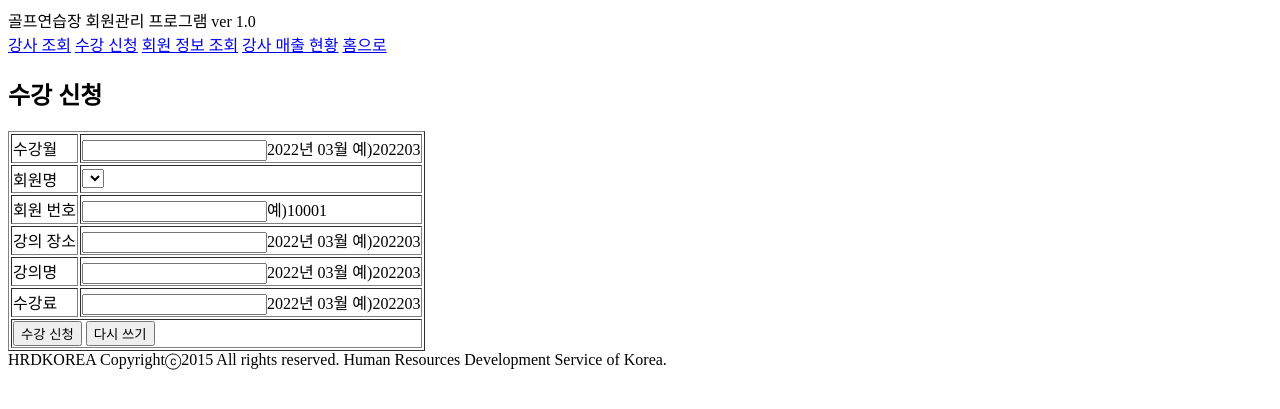
Repository: wwwxsv19/HRDkorea
Page: http://localhost/golf/insert.jsp
An editor plug-in stored every save of this project. The page is shown before and after the next save, followed by the edit.
The browser window is 1280 px wide. The pictures show the whole page.
The page is served by Tomcat 9. Queries for data that is not in the repository find no rows.

Above is the page before, as saved 2024-06-25 08:14:20.

After the next save:
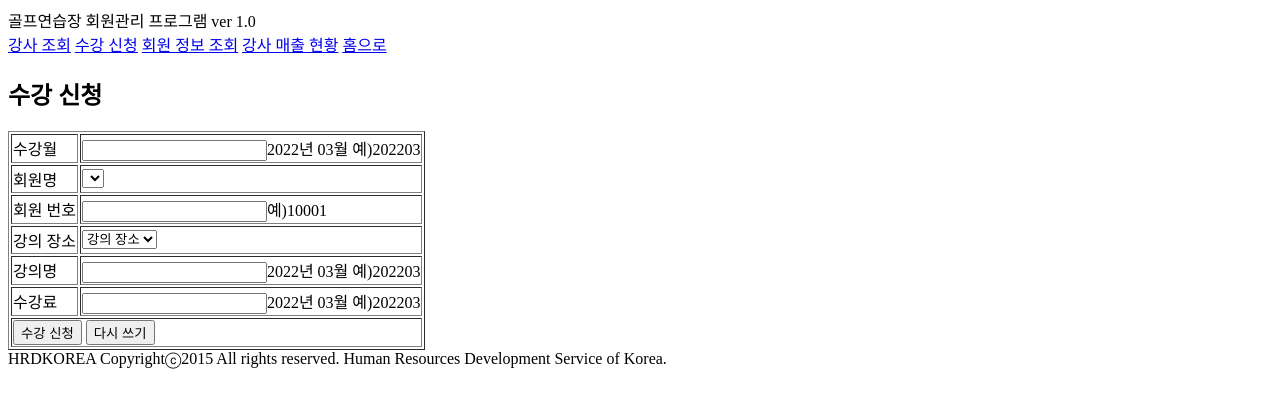
Saved 90 s later.
--- a/golf/golf/src/main/webapp/insert.jsp
+++ b/golf/golf/src/main/webapp/insert.jsp
@@ -45,13 +45,20 @@
 			<tr>
 				<td>회원 번호</td>
 				<td>
-					<input type="text" name="month" readonly>예)10001
+					<input type="text" id="mno" name="mno" readonly>예)10001
 				</td>
 			</tr>
 			<tr>
 				<td>강의 장소</td>
 				<td>
-					<input type="text" name="month">2022년 03월 예)202203
+					<select name="area">
+						<option value="">강의 장소</option>
+						<option value="서울본원">서울본원</option>
+						<option value="성남분원">성남분원</option>
+						<option value="대전분원">대전분원</option>
+						<option value="부산분원">부산분원</option>
+						<option value="대구분원">대구분원</option>
+					</select>
 				</td>
 			</tr>
 			<tr>
